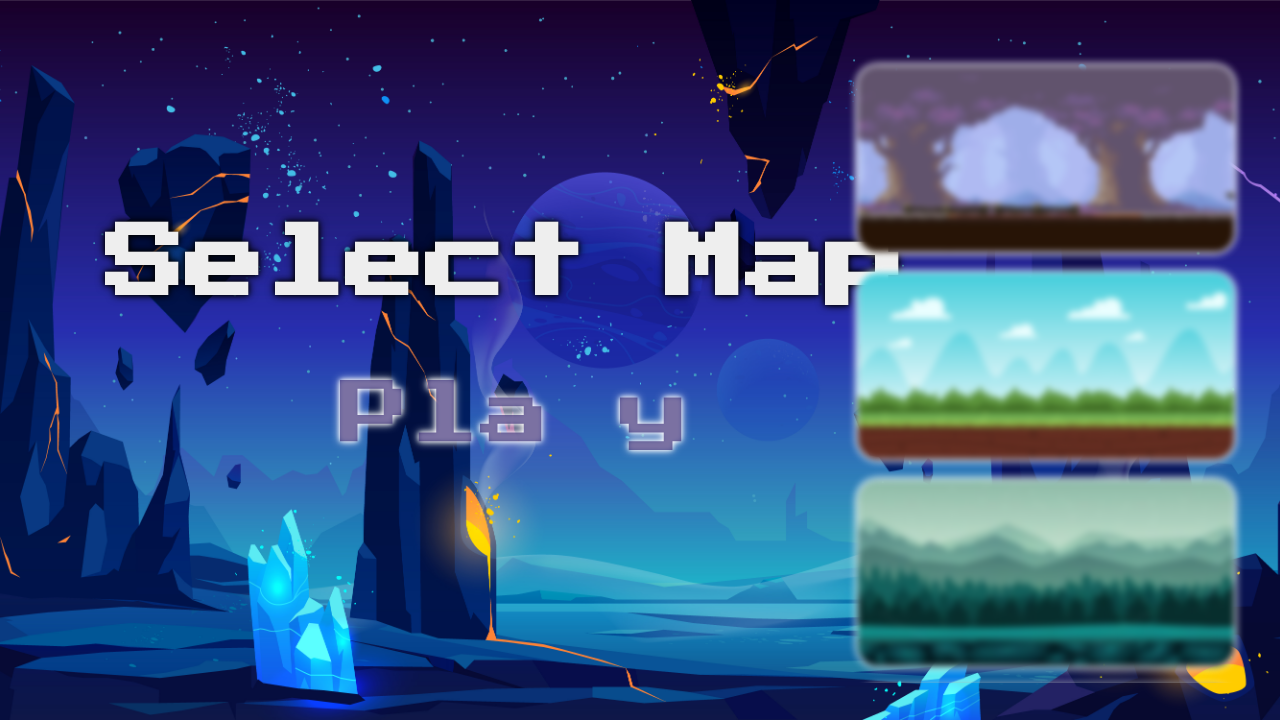
Repository: Gaurav31052/Fighting-game
Page: home.html
These files come from the project's save history. The page is drawn as it stood at one moment and after the next save; the edit follows.
The browser window is 1280 px wide. The pictures show the whole page.
An inner scrolling area shows only its first screen.

Above is the page before, as saved 2024-06-06 23:46:04.

After the next save:
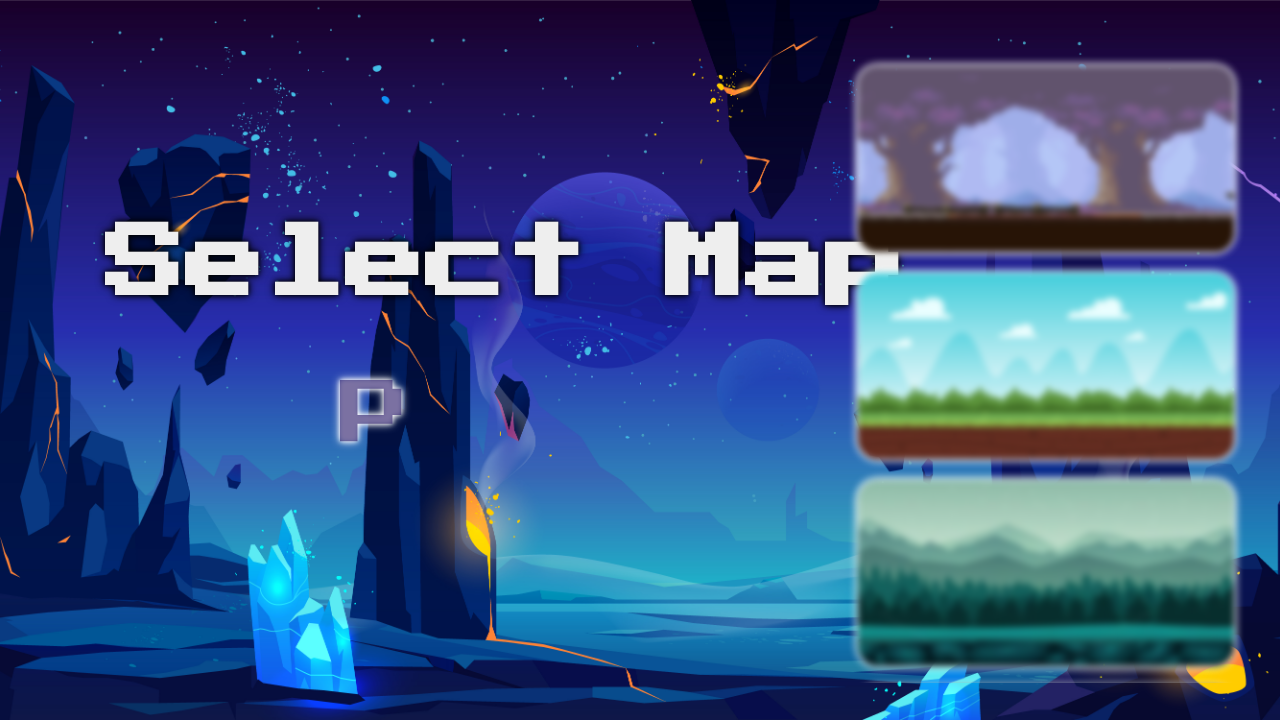
Saved 8 s later.
--- a/home.html
+++ b/home.html
@@ -24,7 +24,7 @@
 
                 <img id="mainbox" src="img/home.jpg" alt="">
 
-                <button id="btn"><a href='game.html'>Pla y</a></button>
+                <button id="btn"><a href='game.html'>P</a></button>
             </div>
 
         </div>
